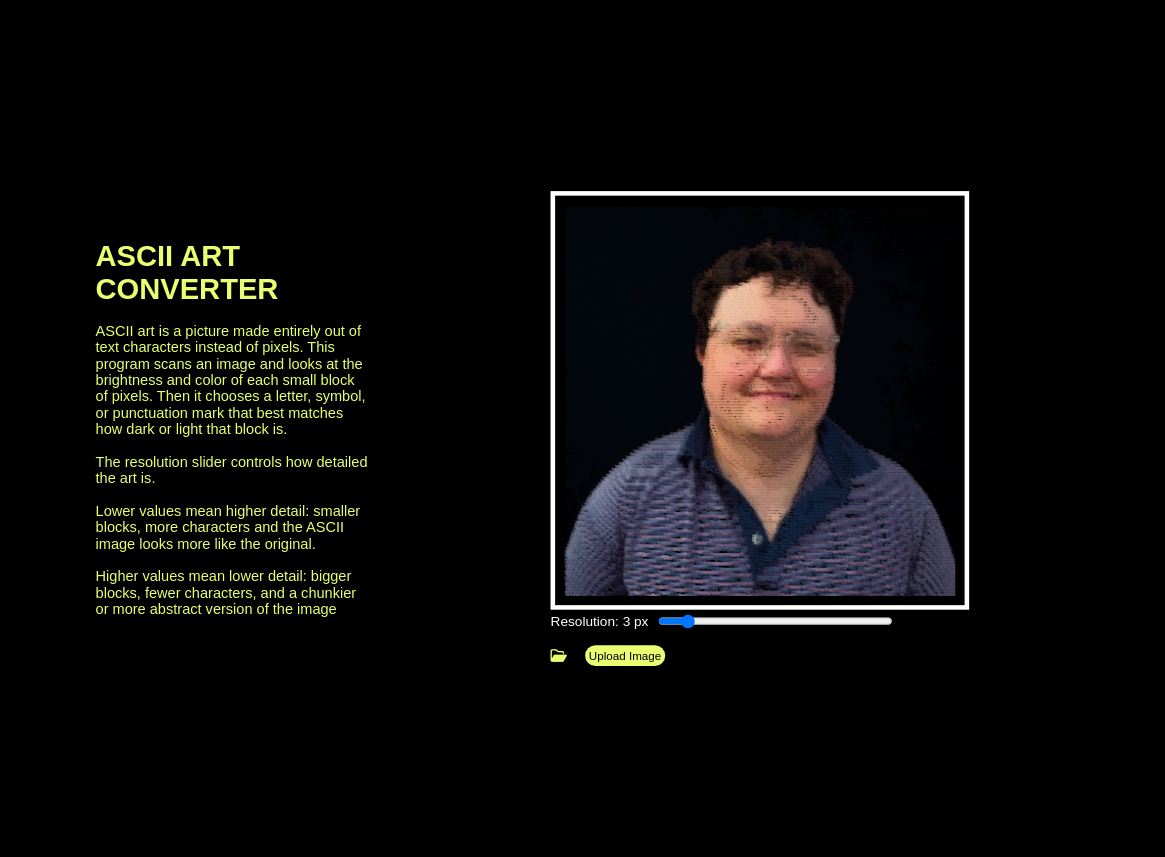
Repository: rosieomusic/ascii-art
Page: index.html
These files come from the project's save history. The page is drawn as it stood at one moment and after the next save; the edit follows.
The browser window is 1280 px wide. The pictures show the whole page, at 91% of full size.
Some web libraries are served in a nearby version.

Above is the page before, as saved 2025-05-06 17:43:52.

### index.html
<!DOCTYPE html>
<html>
	<head>
		<meta charset="UTF-8" />
		<meta
			name="viewport"
			content="width=device-width, initial-scale=1.0"
		/>

		<title>ASCII ART</title>
		<link
			rel="stylesheet"
			href="styles.css"
		/>
		<script
			src="https://kit.fontawesome.com/56e0d45a0e.js"
			crossorigin="anonymous"
		></script>
	</head>
	<body>
		<div class="big-container">
			<div id="explaination">
				<h1>ASCII ART CONVERTER</h1>
				<br />
				<p>
					ASCII art is a picture made entirely out of text characters instead of
					pixels. This program scans an image and looks at the brightness and
					color of each small block of pixels. Then it chooses a letter, symbol,
					or punctuation mark that best matches how dark or light that block is.
				</p>
				<br />
				<p>The resolution slider controls how detailed the art is.</p>
				<br />
				<p>
					Lower values mean higher detail: smaller blocks, more characters and
					the ASCII image looks more like the original.
				</p>
				<br />
				<p>
					Higher values mean lower detail: bigger blocks, fewer characters, and
					a chunkier or more abstract version of the image
				</p>
			</div>
			<div class="container">
				<canvas id="canvas1"></canvas>
				<div class="controls">
					<label
						for="resolution"
						id="resolutionLabel"
						>Resolution 5 px</label
					>
					<input
						type="range"
						id="resolution"
						name="resolution"
						min="1"
						max="20"
						value="3"
					/>
				</div>
				<br />
				<div id="upload">
					<i class="fa-regular fa-folder-open"></i>

					<input
						type="file"
						id="imageUpload"
						accept="image/*"
					/>
					<label
						for="imageUpload"
						class="upload-btn"
						>Upload Image</label
					>
					<pre id="ascii-output"></pre>
					<canvas
						id="canvas2"
						style="display: none"
					></canvas>
				</div>
			</div>
		</div>

		<script src="script.js"></script>
	</body>
</html>

### styles.css
* {
	margin: 0;
	padding: 0;
	/* box-sizing: border-box; */
}
body {
	background: black;
}
.big-container {
	display: flex;
	flex-direction: column;
	align-items: center;
	justify-content: center;
	padding: 50px;
	gap: 20px;
}
.container {
	position: relative;
	justify-content: center;
	align-items: center;
}
#canvas1 {
	border: 5px solid white;
}
.controls {
	display: flex;
}
.controls > input {
	width: 60%;
}
.controls > label {
	font-family: Arial, Helvetica, sans-serif;

	color: white;
	font-size: 15px;
	padding-right: 10px;
}
i {
	color: #e9ff70;
	margin-right: 20px;
	margin-top: 3px;
}
#imageUpload {
	display: none;
}
#upload {
	display: flex;
}
.upload-btn:hover {
	cursor: pointer;
	transform: scale(1.05);
}
.upload-btn {
	font-family: Arial, Helvetica, sans-serif;
	font-size: 0.8em;
	background-color: #e9ff70;
	color: black;
	padding: 4px;
	border-radius: 20px;
	transition: transform 200ms ease-in-out;
}

#explaination {
	font-family: Arial, Helvetica, sans-serif;
	margin: 20px;
	width: 300px;
	color: #e9ff70;
}

@media (min-width: 768px) {
	.big-container {
		flex-direction: row;
	}
	.container {
		padding: 10em;
	}
	#canvas1 {
		border: 5px solid white;
		width: 100%;
		padding: 10px;
		max-width: 800px;
		height: auto;
	}

	body {
		font-size: 1rem;
	}
}

### script.js
const inputSlider = document.getElementById('resolution');
const inputLabel = document.getElementById('resolutionLabel');
const canvas = document.getElementById('canvas1');
const ctx = canvas.getContext('2d');

const image1 = new Image();
image1.src = 'img/roseomalleyheadshotblack.png';
inputSlider.addEventListener('change', handleSlider);

const imageUpload = document.getElementById('imageUpload');

imageUpload.addEventListener('change', function (event) {
	const file = event.target.files[0];
	if (!file) return;

	const reader = new FileReader();
	reader.onload = function (e) {
		image1.src = e.target.result; // This re-triggers image1.onload
	};
	reader.readAsDataURL(file);
});

class Cell {
	constructor(x, y, symbol, color, size) {
		this.x = x;
		this.y = y;
		this.symbol = symbol;
		this.color = color;
		this.size = size;
		//this.padding = this.size * 0.2;
	}
	draw(ctx) {
		ctx.font = `${this.size * 2}px Courier New`;
		//ctx.fillStyle = 'yellow';
		ctx.fillText(this.symbol, this.x + 1, this.y + 1, +this.size);

		ctx.fillStyle = this.color;
		ctx.fillText(this.symbol, this.x, this.y, this.size);
		ctx.textBaseline = 'top';
	}
}
class AsciiEffect {
	#imageCellArray = [];
	#pixels = [];
	#ctx;
	#width;
	#height;
	constructor(ctx, width, height) {
		this.#ctx = ctx;
		this.#width = width;
		this.#height = height;
		this.#ctx.drawImage(image1, 0, 0, this.#width, this.#height);
		this.#pixels = this.#ctx.getImageData(0, 0, this.#width, this.#height);
		//console.log(this.#pixels.data);
	}
	#convertToSymbol(g) {
		// @#W$9876543210?!abc;:+=-,._
		// .,:ilwW"
		// '$@B%8&WM#*oahkbdpqwmZO0QLCJUYXzcvunxrjft/|()1{}[]?-_+~<>i!lI;:,"^`'
		//`^",:;Il!i><~+_-?][}{1)(|/tfjrxnuvczXYUJCLQ0OZmwqpdbkhao*#MW&8%B@$

		const asciiGradient =
			' .`^",:;Il!i><~+_-?][}{1)(|/tfjrxnuvczXYUJCLQ0OZmwqpdbkhao*#MW&8%B@$';

		const index = Math.floor((g / 255) * (asciiGradient.length - 1));
		return asciiGradient[index];
	}

	#scanImage(cellSize) {
		this.#imageCellArray = [];
		const stepX = Math.floor(cellSize * 0.6);
		const stepY = cellSize;
		for (let y = 0; y < this.#pixels.height; y += stepY) {
			for (let x = 0; x < this.#pixels.width; x += stepX) {
				if (x >= this.#pixels.width || y >= this.#pixels.height) continue;
				const posX = x * 4;
				const posY = y * 4;
				const pos = (y * this.#pixels.width + x) * 4;

				if (this.#pixels.data[pos + 3] > 128) {
					const red = this.#pixels.data[pos];
					const green = this.#pixels.data[pos + 1];
					const blue = this.#pixels.data[pos + 2];
					const grayscale = 0.2126 * red + 0.7152 * green + 0.0722 * blue;

					//const color = 'yellow';
					//const color = grayscale > 110 ? 'white' : 'black';
					const total = red + green + blue;
					const averageColorValue = total / 3;
					const color = `rgb(${red}, ${green}, ${blue})`;
					const symbol = this.#convertToSymbol(averageColorValue);
					if (symbol)
						this.#imageCellArray.push(new Cell(x, y, symbol, color, cellSize));
				}
			}
		}
		//console.log(this.#imageCellArray);
	}
	#drawAscii() {
		this.#ctx.clearRect(0, 0, this.#width, this.#height);
		for (let i = 0; i < this.#imageCellArray.length; i++) {
			this.#imageCellArray[i].draw(this.#ctx);
		}
	}
	draw(cellSize) {
		this.#scanImage(cellSize);
		this.#drawAscii();
	}
}
let effect;
function handleSlider() {
	//console.log('Slider value: ', inputSlider.value);
	if (inputSlider.value == 1) {
		inputLabel.innerHTML = 'Original Image';
		ctx.drawImage(image1, 0, 0, canvas.width, canvas.height);
	} else {
		inputLabel.innerHTML = 'Resolution: ' + inputSlider.value + ' px';
		ctx.font = parseInt(inputSlider.value) * 2 + 'px Courier New';
		effect.draw(parseInt(inputSlider.value));
	}
}
image1.onload = function initialize() {
	//console.log('Image loaded: ', image1.src);
	//console.log('Image dimiensions: ', image1.width, image1.height);
	const maxDimension = 550;

	let scale = Math.min(
		maxDimension / image1.width,
		maxDimension / image1.height,
		1
	);

	const scaledWidth = image1.width * scale;
	const scaledHeight = image1.height * scale;
	canvas.width = scaledWidth;
	canvas.height = scaledHeight;

	ctx.clearRect(0, 0, canvas.width, canvas.height);
	ctx.drawImage(image1, 0, 0, scaledWidth, scaledHeight);

	effect = new AsciiEffect(ctx, scaledWidth, scaledHeight);
	//effect.draw(parseInt(inputSlider.value));

	const base64Image = canvas.toDataURL(image1);
	//console.log('Base64 image:', base64Image);

	handleSlider();
};
const string =
	'$@B%8&WM#*oahkbdpqwmZO0QLCJUYXzcvunxrjft/|()1{}[]?-_+~<>i!lI;:,"^`';

function reverseString(str) {
	const reversed = str.split('').reverse().join('');
	console.log(reversed);
	return reversed;
}

reverseString(string);

After the next save:
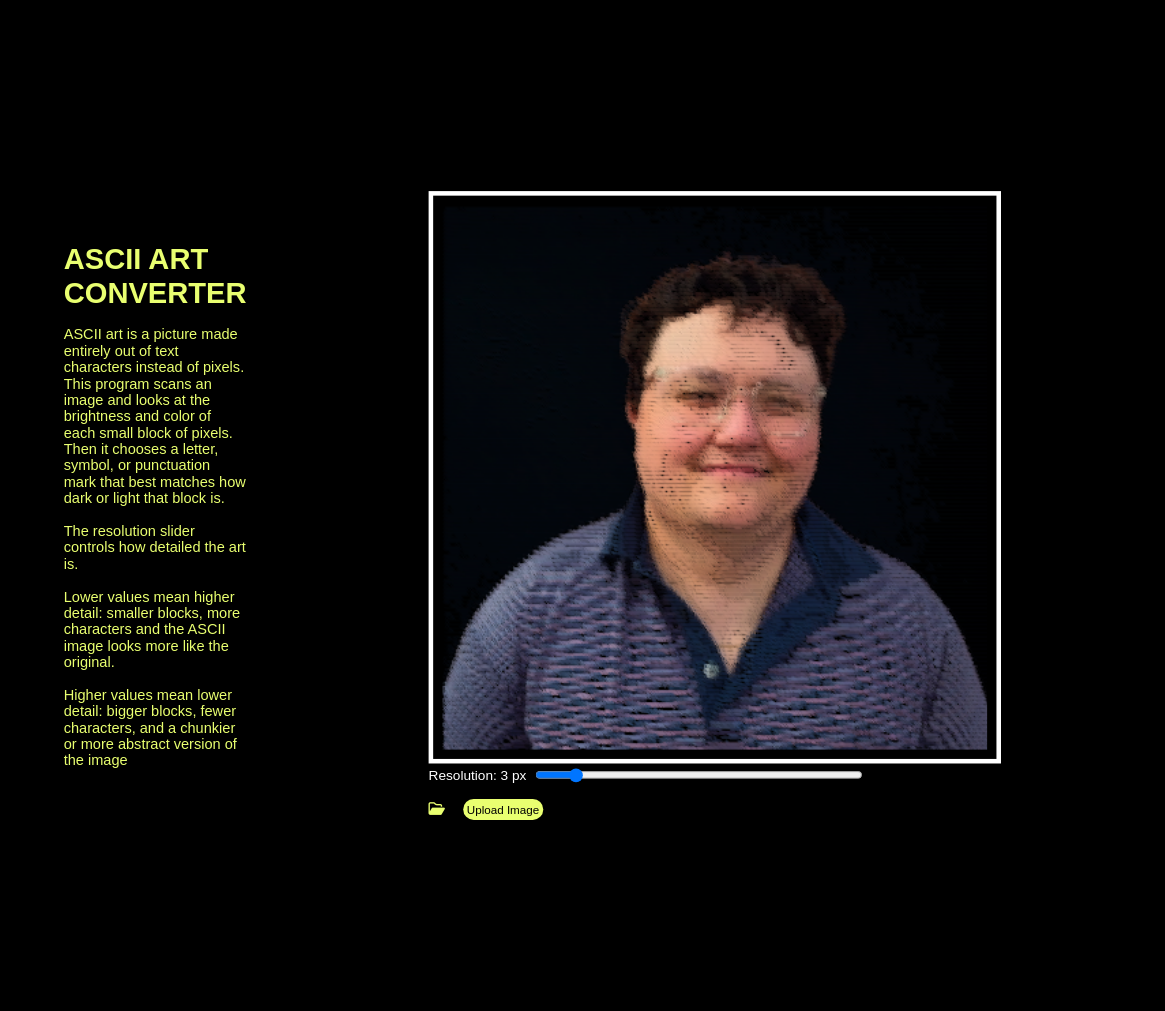
Saved 4 min 17 s later.
--- a/styles.css
+++ b/styles.css
@@ -73,12 +73,14 @@ i {
 	}
 	.container {
 		padding: 10em;
+		width: 100%;
+		max-width: 600px;
 	}
 	#canvas1 {
 		border: 5px solid white;
 		width: 100%;
 		padding: 10px;
-		max-width: 800px;
+		max-width: 600px;
 		height: auto;
 	}
 
